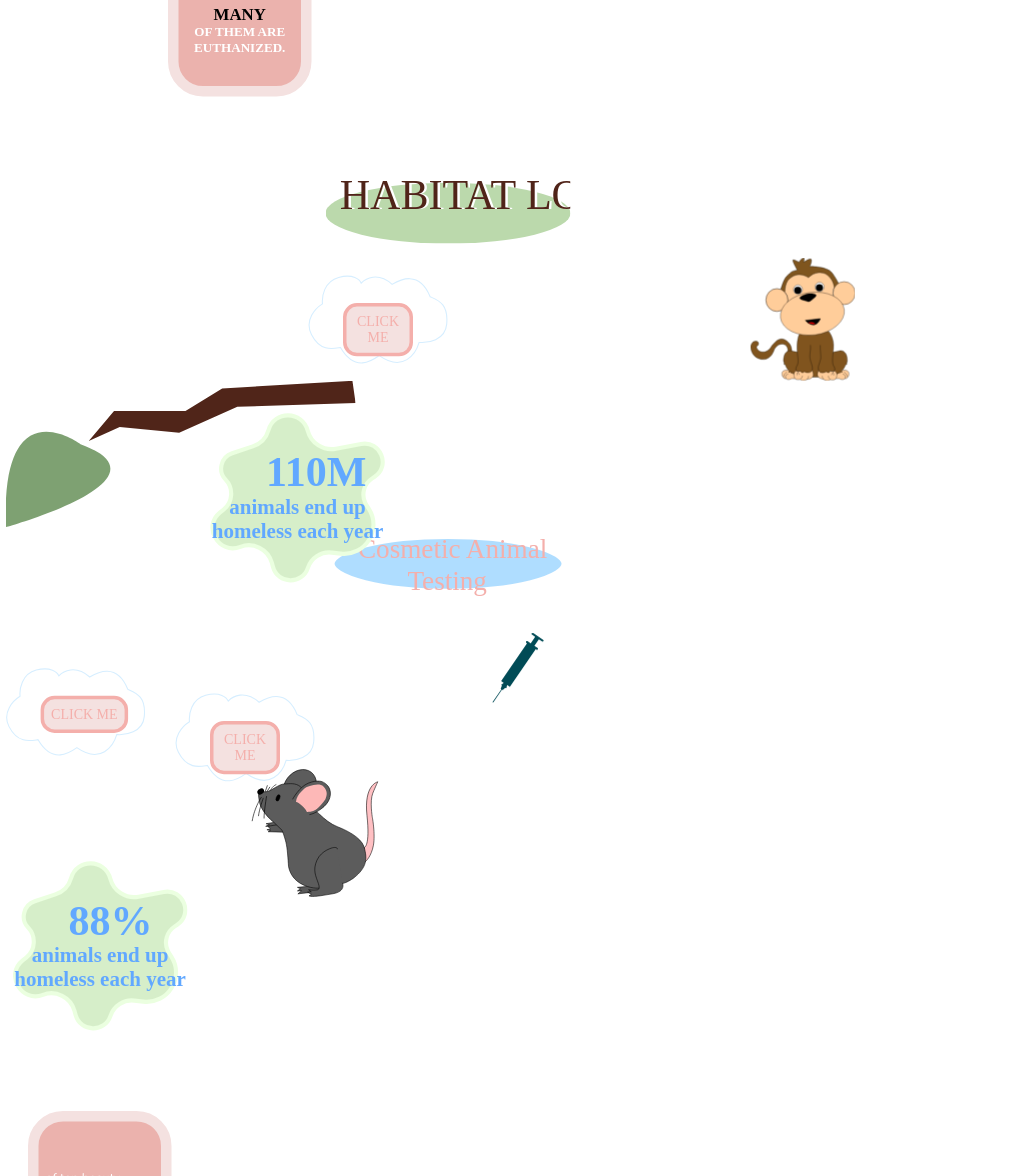
Repository: SoleilDagneau/MDIA2109Midterm
Page: index.html
The author's editor kept a copy of each file at every save. The page is drawn from the files as they stood at one save, then again after the next save.
The browser window is 1280 px wide. The page is 1472 px wide, so the pictures cover 1472 px, including what lies to the right of the window. The pictures show the part of the page from y = 810 to 2490 px (the page is 3390 px tall before and 3410 px after), at 70% of full size.
Some web fonts or font styles are not loaded; a fallback is used.

Above is the page before, as saved 2022-03-03 19:36:17.
Console error: TypeError: Cannot set properties of null (setting 'innerText')

After the next save:
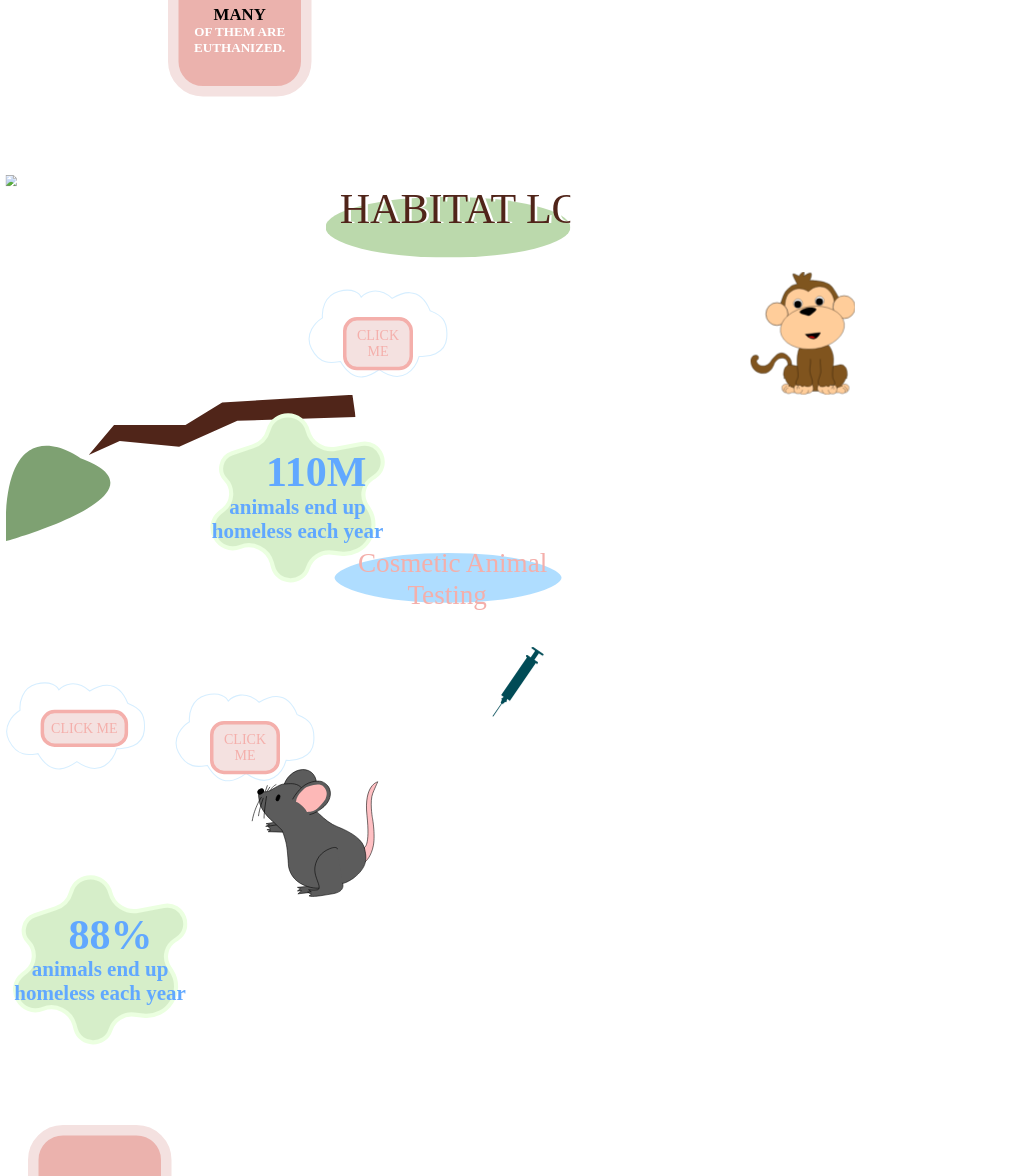
Not found: house.svg
Saved 11 min 21 s later.
--- a/index.html
+++ b/index.html
@@ -43,6 +43,10 @@
         <the-ball></the-ball>
 
         <the-squarecard class="htext" the_manytext="MANY" the_htext="OF THEM ARE EUTHANIZED."></the-squarecard>
+
+        <div class="buildcont">
+            <img class="house" src="house.svg">
+        </div>
     </div>
 
     <div class="habitatloss">

After the save that followed:
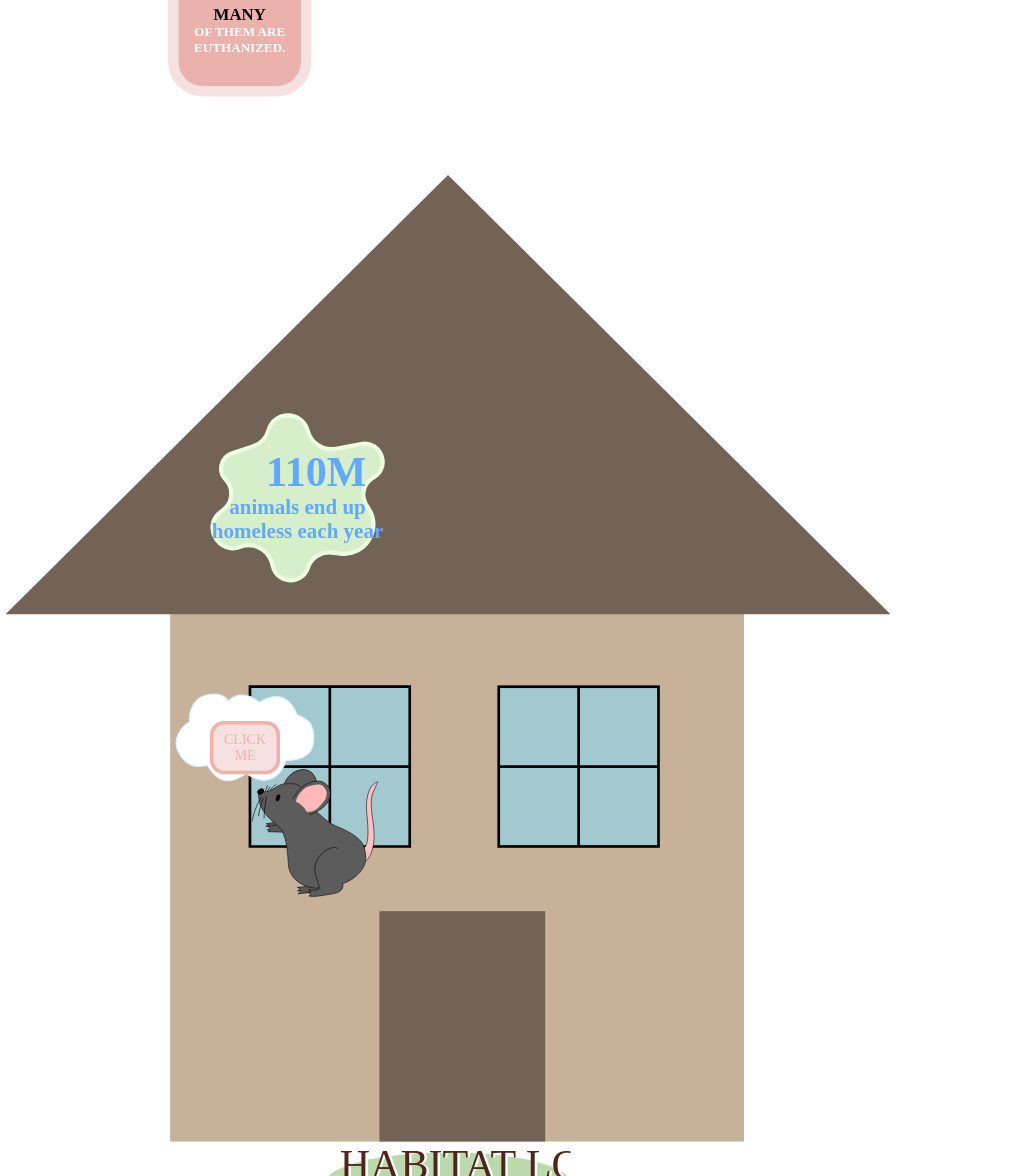
Saved 9 s later.
--- a/index.html
+++ b/index.html
@@ -45,7 +45,7 @@
         <the-squarecard class="htext" the_manytext="MANY" the_htext="OF THEM ARE EUTHANIZED."></the-squarecard>
 
         <div class="buildcont">
-            <img class="house" src="house.svg">
+            <img class="house" src="imgs/house.svg">
         </div>
     </div>
 
